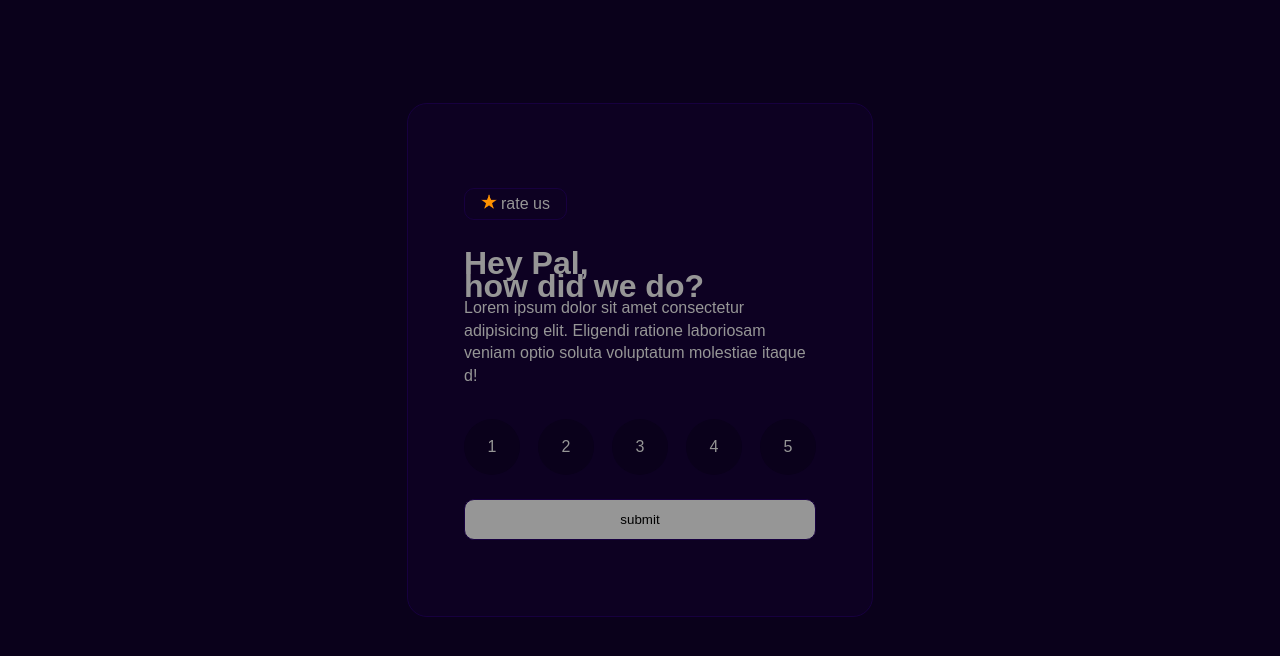
Repository: russel-success/xcodepp-TASK-2
Page: index.html
An editor plug-in stored every save of this project. The page is shown before and after a run of saves, followed by the edit.
The browser window is 1280 px wide. The pictures show the whole page.

Above is the page before, as saved 2024-05-27 09:17:41.

After the next 4 saves:
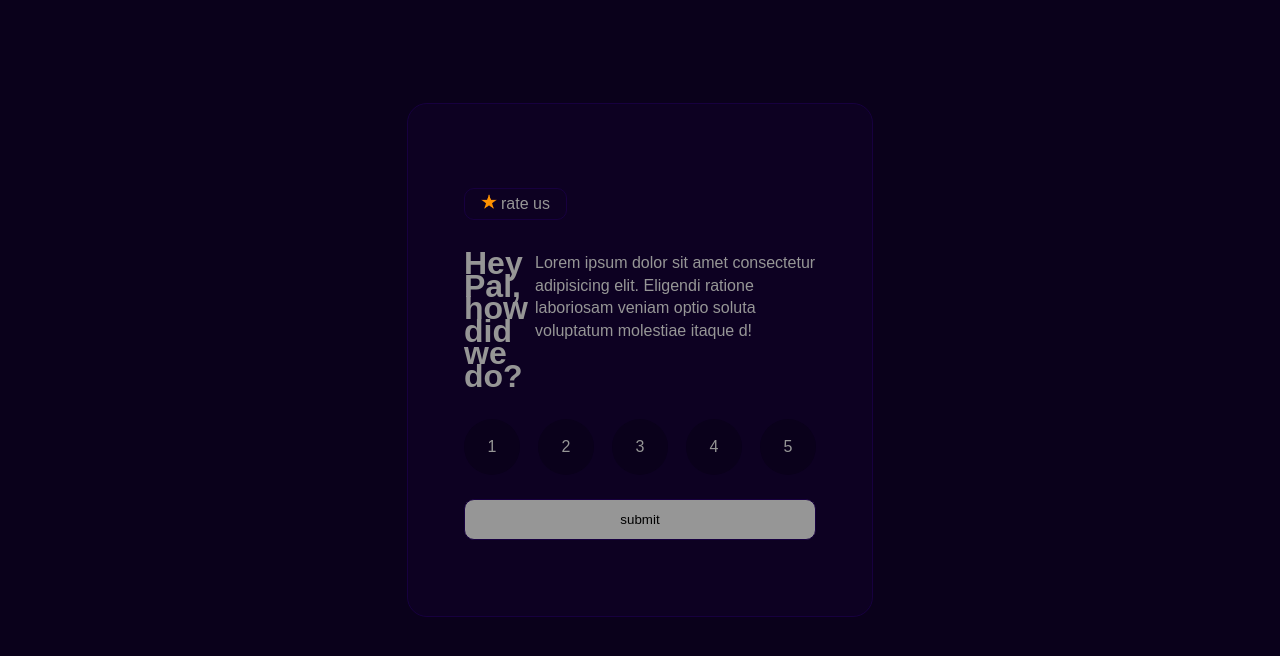
The 4 saves are shown as one change because they came seconds apart.
The last was saved 37 s later.
--- a/styles/styles.css
+++ b/styles/styles.css
@@ -52,6 +52,8 @@
     width:fit-content;
     height:fit-content;
     padding:16px;
+    display:flex;
+    displa
 }
 .body-text{
     color:inherit;

After the 3 saves that followed:
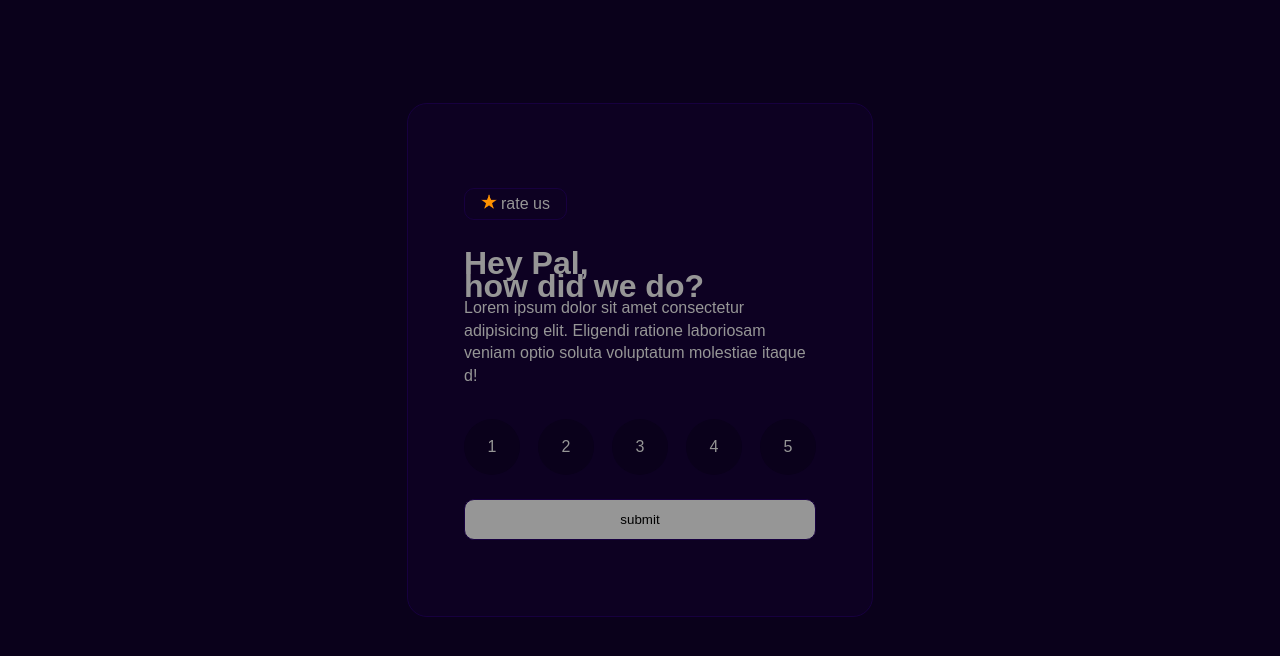
The 3 saves are shown as one change because they came seconds apart.
The last was saved 10 s later.
--- a/styles/styles.css
+++ b/styles/styles.css
@@ -53,7 +53,7 @@
     height:fit-content;
     padding:16px;
     display:flex;
-    displa
+    flex-direction: column;
 }
 .body-text{
     color:inherit;
